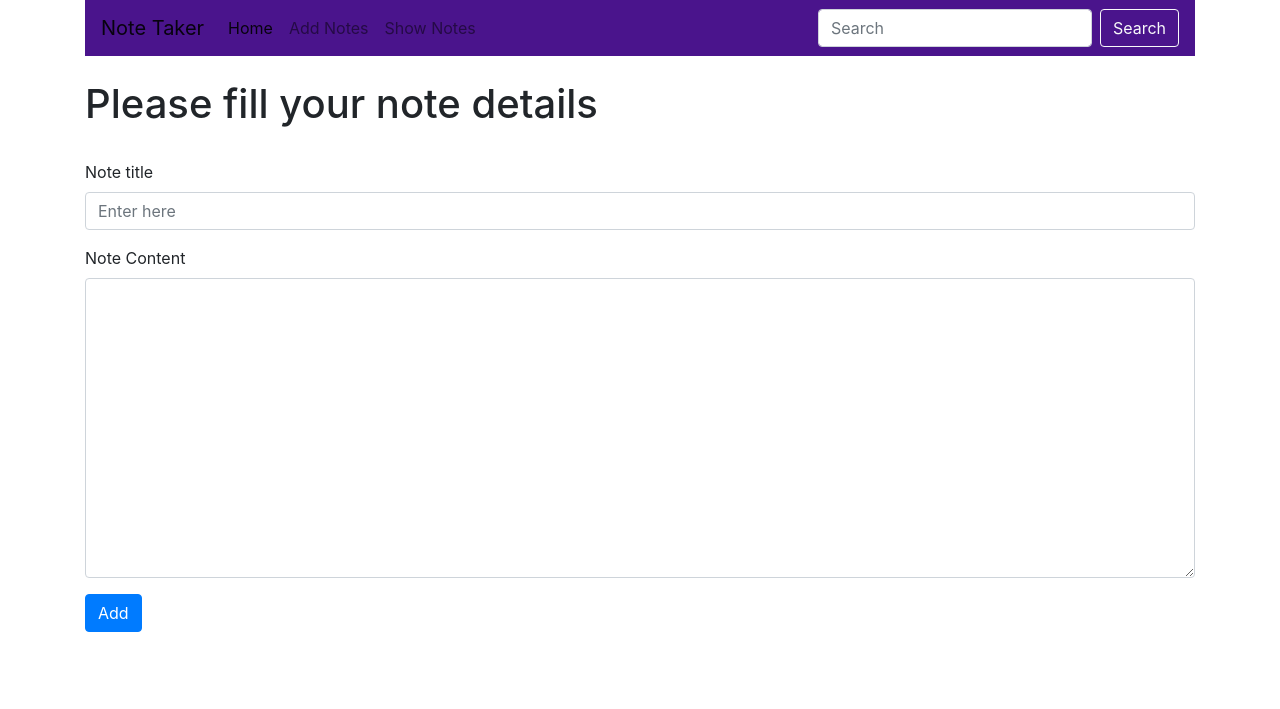
Repository: nayanchy123456/TODO-Project
Page: http://localhost/NoteTaker/add_notes.jsp
These files come from the project's save history. The page is drawn as it stood at one moment and after the next save; the edit follows.
The browser window is 1280 px wide. The pictures show the whole page.
Some web libraries are served in a nearby version. The page is served by Tomcat 10.

Above is the page before, as saved 2024-09-03 11:07:59.

After the next save:
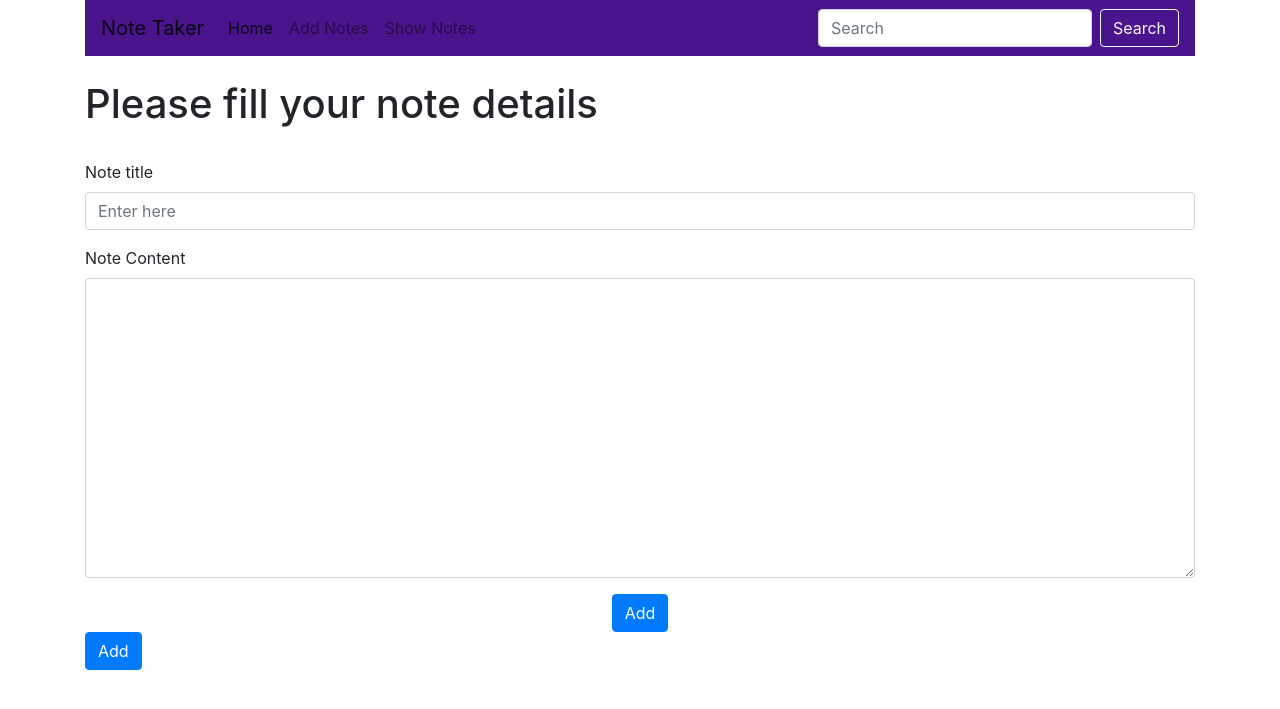
Saved 70 s later.
--- a/TODO webApplication/NoteTaker/src/main/webapp/add_notes.jsp
+++ b/TODO webApplication/NoteTaker/src/main/webapp/add_notes.jsp
@@ -35,6 +35,11 @@
 
 
   </div>
+  <div class = "container text-center">
+
+   <button type="submit" class="btn btn-primary">Add</button>
+
+   </div>
 
   <button type="submit" class="btn btn-primary">Add</button>
 </form>
